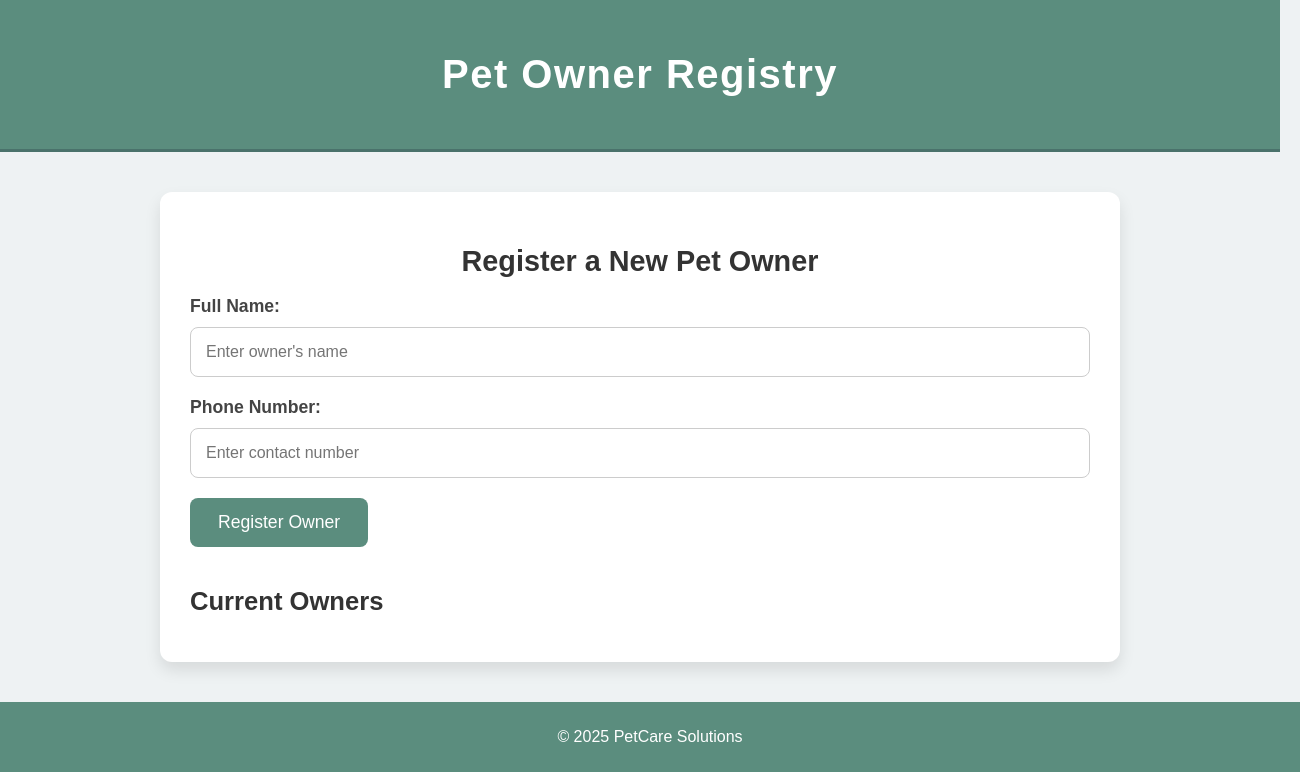
Repository: abirami1105/repoA
Page: PetClinicApplication/src/main/resources/static/owner.html
These files come from the project's save history. The page is drawn as it stood at one moment and after the next save; the edit follows.
The browser window is 1280 px wide. The page is 1300 px wide, so the pictures cover 1300 px, including what lies to the right of the window. The pictures show the whole page.
The page's requests for data from a server got no answer.

Above is the page before, as saved 2025-01-02 18:33:41.

### PetClinicApplication/src/main/resources/static/owner.html
<!DOCTYPE html>
<html lang="en">
<head>
    <meta charset="UTF-8">
    <meta name="viewport" content="width=device-width, initial-scale=1.0">
    <title>Pet Owner Registry</title>
    <style>
        body {
            font-family: 'Arial', sans-serif;
            background-color: #eef2f3;
            margin: 0;
            padding: 0;
        }

        header {
            background-color: #5b8d7e;
            color: white;
            padding: 25px 0;
            text-align: center;
            border-bottom: 3px solid #4a726b;
        }

        header h1 {
            font-size: 2.5rem;
            letter-spacing: 1.5px;
        }

        .container {
            max-width: 900px;
            margin: 40px auto;
            padding: 30px;
            background-color: #ffffff;
            border-radius: 12px;
            box-shadow: 0 8px 16px rgba(0, 0, 0, 0.1);
        }

        .form-container {
            margin-bottom: 35px;
        }

        .form-container h2 {
            text-align: center;
            color: #333;
            font-size: 1.8rem;
            margin-bottom: 18px;
        }

        .form-container label {
            display: block;
            margin-bottom: 10px;
            font-size: 1.1rem;
            font-weight: bold;
            color: #444;
        }

        .form-container input {
            width: 100%;
            padding: 15px;
            font-size: 1rem;
            border-radius: 8px;
            border: 1px solid #ccc;
            margin-bottom: 20px;
            box-sizing: border-box;
            transition: all 0.3s ease;
        }

        .form-container input:focus {
            border-color: #5b8d7e;
            outline: none;
        }

        .form-container button {
            background-color: #5b8d7e;
            color: white;
            padding: 14px 28px;
            font-size: 1.1rem;
            border: none;
            border-radius: 8px;
            cursor: pointer;
            transition: background-color 0.3s ease;
        }

        .form-container button:hover {
            background-color: #4a726b;
        }

        .owner-list {
            margin-top: 40px;
        }

        .owner-list h3 {
            font-size: 1.6rem;
            color: #333;
            margin-bottom: 15px;
        }

        .owner-list ul {
            list-style: none;
            padding: 0;
        }

        .owner-list li {
            background-color: #f7f9fa;
            padding: 15px;
            margin-bottom: 12px;
            border-radius: 8px;
            box-shadow: 0 4px 6px rgba(0, 0, 0, 0.1);
            display: flex;
            justify-content: space-between;
            align-items: center;
            font-size: 1rem;
            color: #333;
        }

        .owner-list li span {
            font-weight: bold;
            color: #5b8d7e;
        }

        footer {
            background-color: #5b8d7e;
            color: white;
            text-align: center;
            padding: 10px;
            position: relative;
            bottom: 0;
            width: 100%;
            margin-top: 40px;
        }

    </style>
</head>
<body>

<header>
    <h1>Pet Owner Registry</h1>
</header>

<div class="container">
    <div class="form-container">
        <h2>Register a New Pet Owner</h2>
        <form id="ownerForm">
            <label for="name">Full Name:</label>
            <input type="text" id="name" name="name" placeholder="Enter owner's name" required>

            <label for="contact">Phone Number:</label>
            <input type="text" id="contact" name="contact" placeholder="Enter contact number" required>

            <button type="submit">Register Owner</button>
        </form>
    </div>

    <div class="owner-list">
        <h3>Current Owners</h3>
        <ul id="ownerList"></ul>
    </div>
</div>

<footer>
    <p>&copy; 2025 PetCare Solutions</p>
</footer>

<script>
    document.getElementById("ownerForm").addEventListener("submit", function(event) {
        event.preventDefault();

        const ownerData = {
            name: document.getElementById("name").value,
            contact: document.getElementById("contact").value
        };

        fetch("/owners", {
            method: "POST",
            headers: {
                "Content-Type": "application/json"
            },
            body: JSON.stringify(ownerData)
        })
        .then(response => response.json())
        .then(owner => {
            alert("Owner successfully registered!");
            loadOwners(); // Reload the list of owners after adding a new one
        });
    });

    function loadOwners() {
        fetch("/owners")
            .then(response => response.json())
            .then(owners => {
                const ownerList = document.getElementById("ownerList");
                ownerList.innerHTML = "";
                owners.forEach(owner => {
                    const listItem = document.createElement("li");
                    listItem.innerHTML = `
                        <span>${owner.name}</span> - ${owner.contact}
                    `;
                    ownerList.appendChild(listItem);
                });
            });
    }

    loadOwners(); // Load owners when the page is first loaded
</script>

</body>
</html>

After the next save:
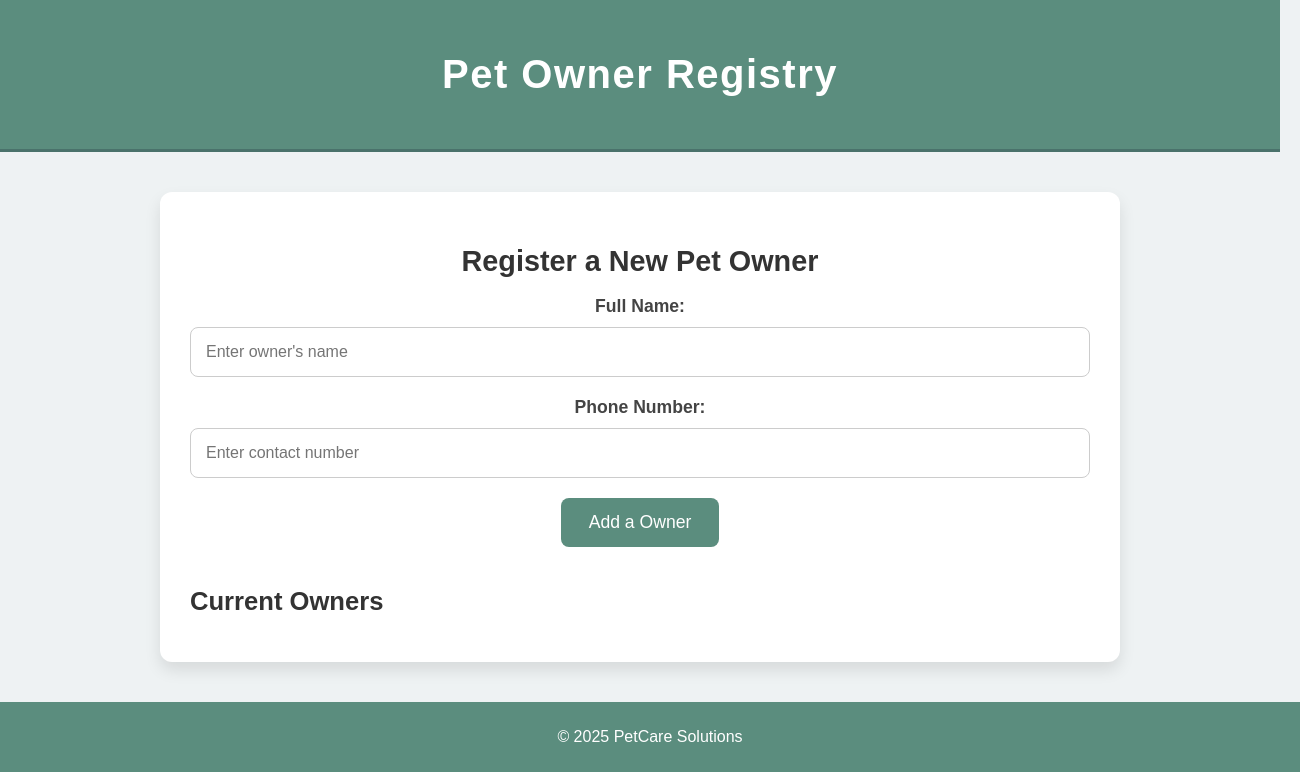
Saved 2 min 56 s later.
--- a/PetClinicApplication/src/main/resources/static/owner.html
+++ b/PetClinicApplication/src/main/resources/static/owner.html
@@ -36,6 +36,7 @@
 
         .form-container {
             margin-bottom: 35px;
+            text-align: center;
         }
 
         .form-container h2 {
@@ -146,7 +147,7 @@
             <label for="contact">Phone Number:</label>
             <input type="text" id="contact" name="contact" placeholder="Enter contact number" required>
 
-            <button type="submit">Register Owner</button>
+            <button type="submit">Add a Owner</button>
         </form>
     </div>
 
